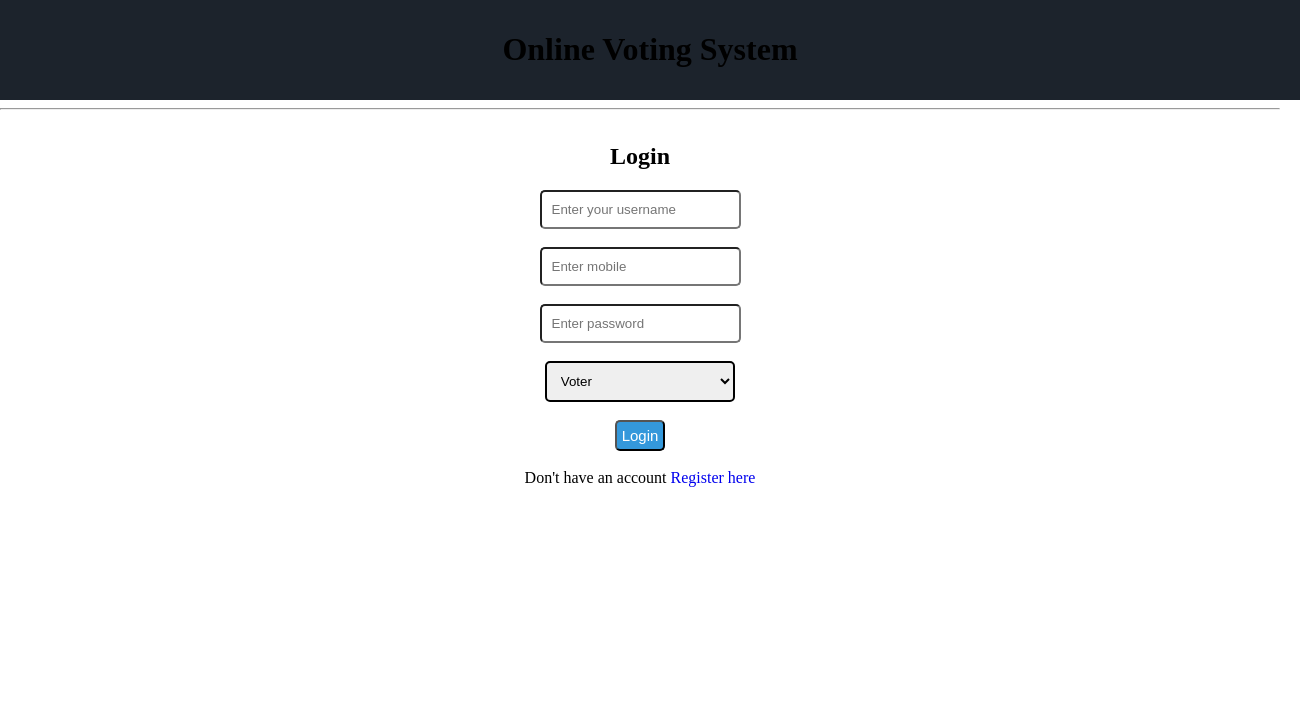
Repository: LeLoUcH-V-BrItAnIa/voting
Page: http://localhost/
These files come from the project's save history. The page is drawn as it stood at one moment and after the next save; the edit follows.
The browser window is 1280 px wide. The page is 1300 px wide, so the pictures cover 1300 px, including what lies to the right of the window. The pictures show the whole page.
The page is run by PHP 8.4 with error messages shown; the project is at /var/www/html/.

Above is the page before, as saved 2023-08-31 11:56:21.

### online-voting-system/index.php
<html>
    <head>
        <title>Online voting system - Home</title>
        <link rel="stylesheet" href="css/stylesheet.css">
    </head>
    <body>

            <center>
            <div id="headerSection" >
            <h1>Online Voting System</h1>
            </div>
            <hr>

            <div id="loginSection">
                <h2>Login</h2>
                <form action="api/login.php" method="POST">
                    <input type="text" name="username" placeholder="Enter your username" required><br><br>
                    <input type="number" name="mob" placeholder="Enter mobile" required><br><br>
                    <input type="password" name="pass" placeholder="Enter password" required><br><br>
                    <select name="role" style="width: 15%; border: 2px solid black">
                        <option value="1">Voter</option>
                        <option value="2">Candidate</option>
                    </select><br><br>
                    <button id="loginbtn" type="submit" name="loginbtn">Login</button><br><br>
                    Don't have an account <a href="routes/register.php">Register here</a>
                </form>
            </div>

            </center>
    </body>
</html>

### online-voting-system/css/stylesheet.css
body,html{
  margin: 0;
  height: 100%;

}
input {
  padding: 10px;
  border-radius: 5px;
}

select {
  padding: 10px;
  border-radius: 5px;
}

#upload {
  padding: 10px;
  border-radius: 5px;
  border: 2px solid black;
}

#headerSection {
  text-align: center;
  background-color: rgb(28, 35, 44);
  padding: 10px;
  width: 100%;
  font-family: Cursive;
}

#loginSection {
  padding: 5px;
}

body {
  /* background:linear-gradient(#f000f0,#144568,#f000f0,#f000f0); */
  background: radial-gradient(#fff,);
}

#loginbtn {
  padding: 5px;
  font-size: 15px;
  background-color: #3498db;
  color: white;
  border-radius: 5px;
}

#reglink {
  padding: 5px;
  font-size: 15px;
  background-color: #3498db;
  color: white;
  border-radius: 5px;
  text-decoration: none;
}

a {
  text-decoration: none;
}

#mainSection {
  padding: 10px;
}

#profileSection {
  width: 30%;
  float: left;
  background-color: white;
  padding: 20px;
}

#groupSection {
  width: 60%;
  float: right;
  background-color: white;
  padding: 20px;
}

#back-button {
  float: left;
  margin-left: 20px;
  margin-top: 20px;
  padding: 5px;
  font-size: 15px;
  background-color: #3498db;
  color: white;
  border-radius: 5px;
}

#logout-button {
  float: right;
  margin-right: 20px;
  margin-top: 20px;
  padding: 5px;
  font-size: 15px;
  background-color: #3498db;
  color: white;
  border-radius: 5px;
}

After the next save:
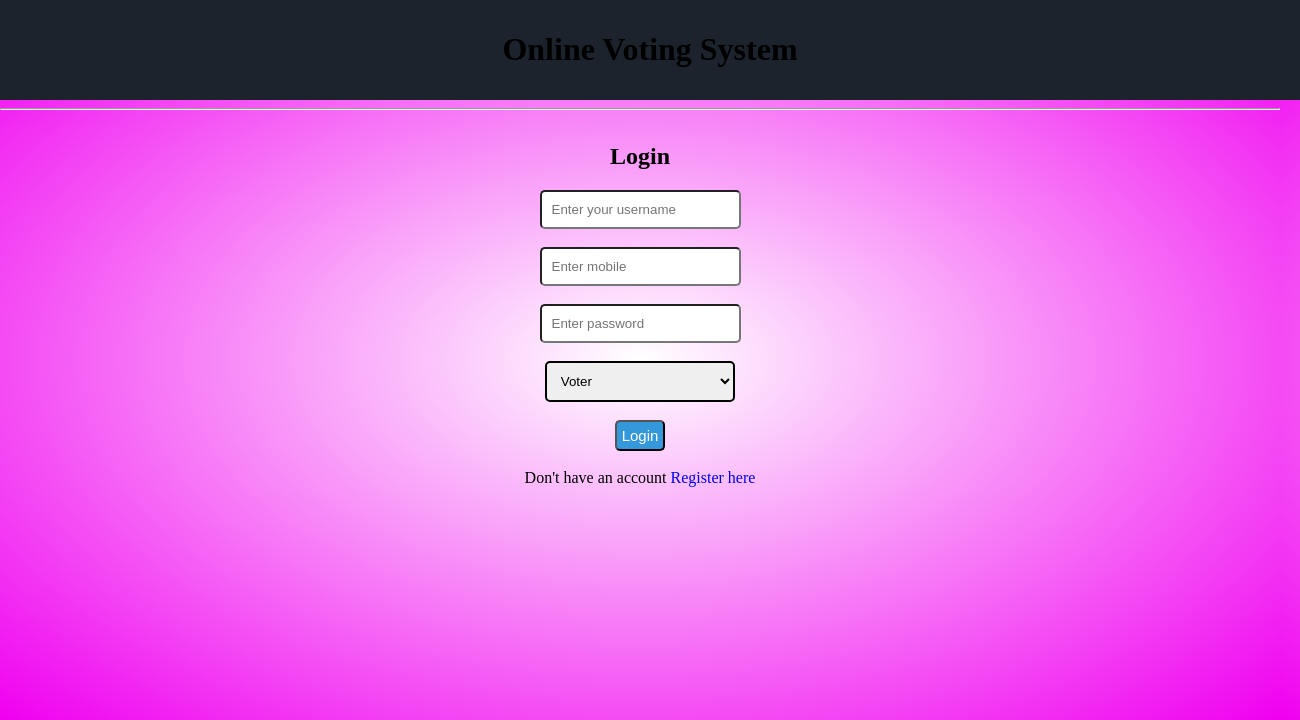
Saved 7 s later.
--- a/online-voting-system/css/stylesheet.css
+++ b/online-voting-system/css/stylesheet.css
@@ -33,7 +33,7 @@ select {
 
 body {
   /* background:linear-gradient(#f000f0,#144568,#f000f0,#f000f0); */
-  background: radial-gradient(#fff,);
+  background: radial-gradient(#fff,#f000f0);
 }
 
 #loginbtn {
